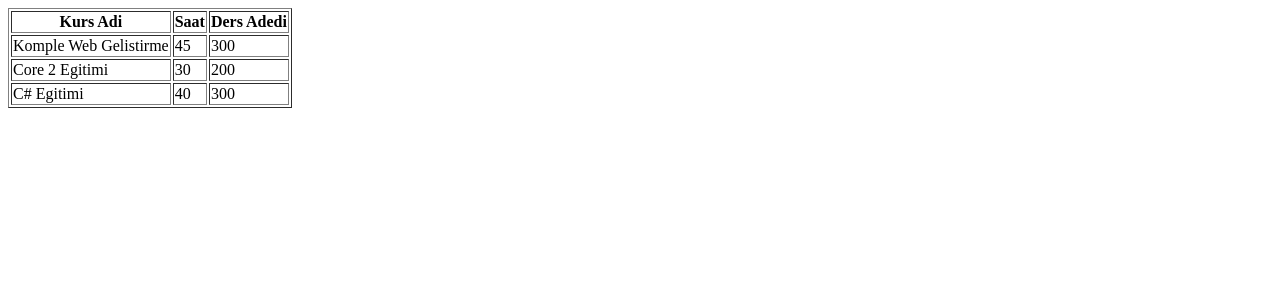
Repository: sammkrt/git101
Page: html-css-TrainingMyself/tables.html
These files come from the project's save history. The page is drawn as it stood at one moment and after the next save; the edit follows.
The browser window is 1280 px wide. The pictures show the whole page.

Above is the page before, as saved 2022-12-22 13:11:30.

### html-css-TrainingMyself/tables.html
<!DOCTYPE html>
<html lang="en">
<head>
    <meta charset="UTF-8">
    <meta http-equiv="X-UA-Compatible" content="IE=edge">
    <meta name="viewport" content="width=device-width, initial-scale=1.0">
    <title>Tablolar</title>
</head>
<body>
    <table border="1">

        <tr>
            <th>Kurs Adi</th>
            <th>Saat</th>
            <th>Ders Adedi</th>
        </tr>

        <!--table row-->
        <tr>
                <!--table data-->
                <td>Komple Web Gelistirme</td>
                <td>45</td>
                <td>300</td>
        </tr>
        <tr>
            <!--table data-->
            <td>Core 2 Egitimi</td>
            <td>30</td>
            <td>200</td>
        </tr>
        <tr>
            <!--table data-->
            <td>C# Egitimi</td>
            <td>40</td>
            <td>300</td>

        </tr>

    </table>
</body>
</html>

After the next save:
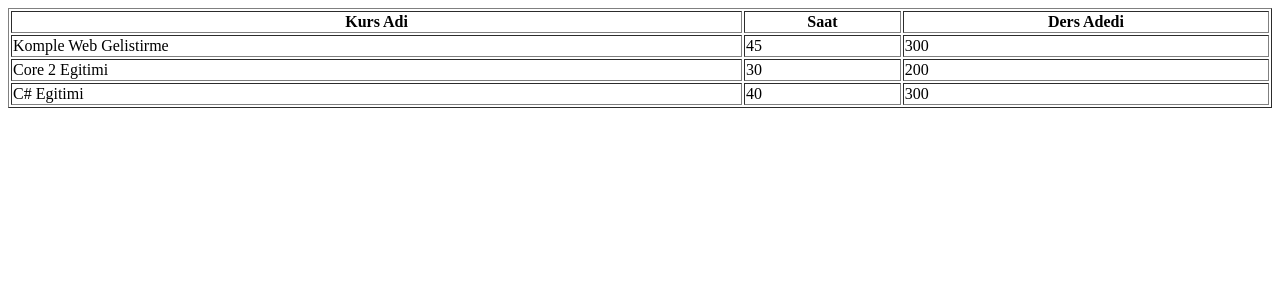
Saved 10 s later.
--- a/html-css-TrainingMyself/tables.html
+++ b/html-css-TrainingMyself/tables.html
@@ -7,7 +7,7 @@
     <title>Tablolar</title>
 </head>
 <body>
-    <table border="1">
+    <table border="1" width="100%">
 
         <tr>
             <th>Kurs Adi</th>
